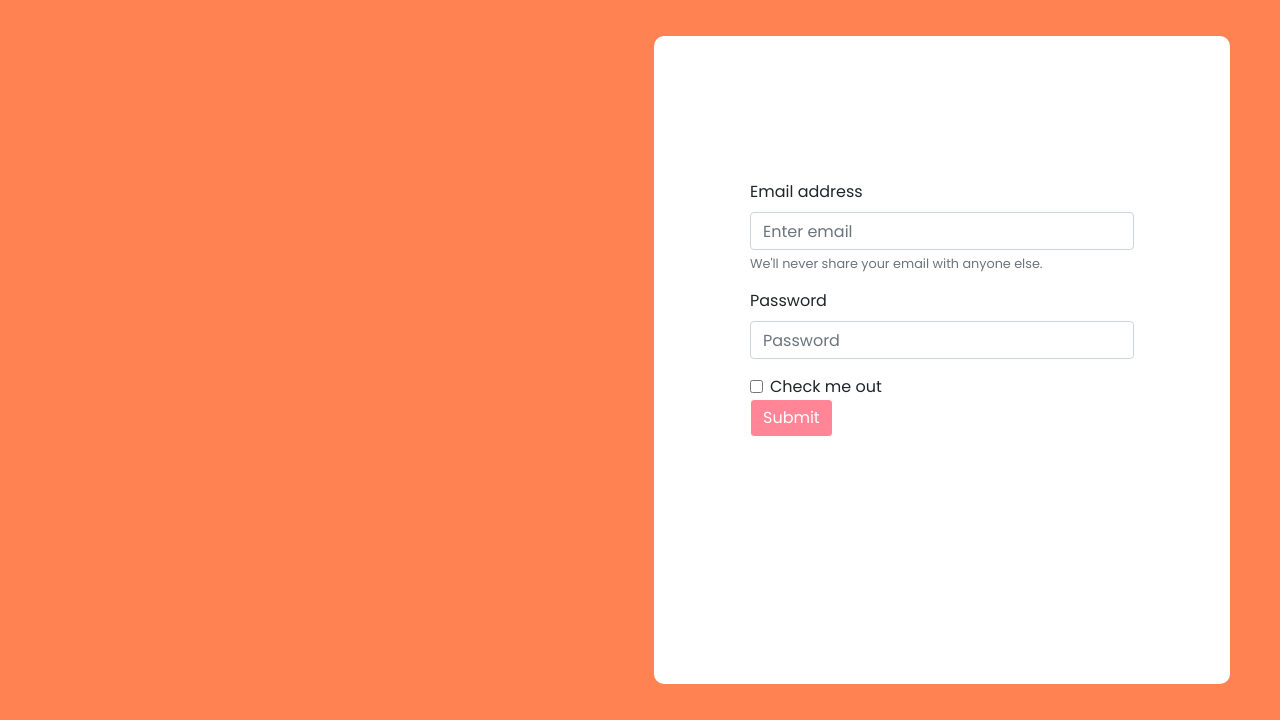
Repository: MilenaMelo/WebSite-PetCheers
Page: /login
An editor plug-in stored every save of this project. The page is shown before and after the next save, followed by the edit.
The browser window is 1280 px wide. The pictures show the whole page.
The project was rebuilt for these pictures with package versions that can differ from the ones it lists, and the page was loaded fresh each time.

Above is the page before, as saved 2020-08-20 15:57:31.

After the next save:
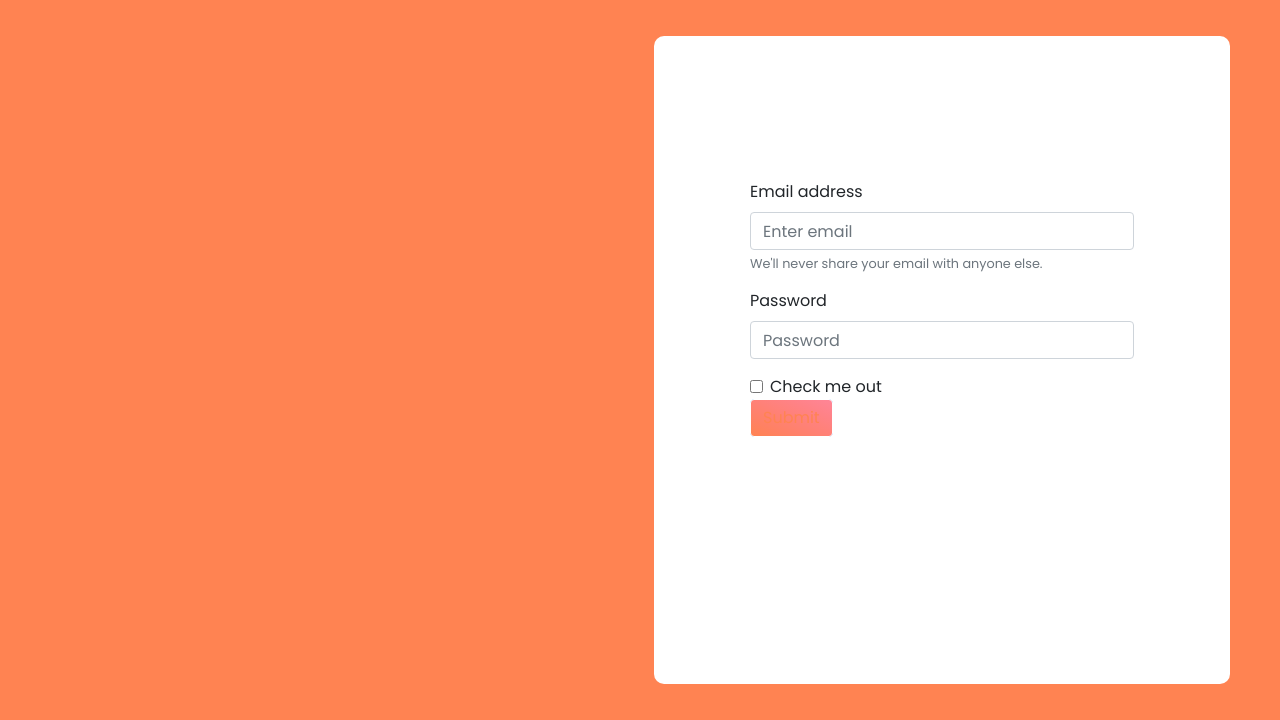
Saved 5 min 6 s later.
--- a/src/pages/login/Login.vue
+++ b/src/pages/login/Login.vue
@@ -60,8 +60,9 @@ export default {}
   height: 90vh;
   border-radius: 10px;
   .btn-primary {
-    background-color: var(--pink);
+    background-image: linear-gradient(to right top, #ff8352, #ff8165, #ff8177, #ff8287, #ff8597);
     border-color: #ffffff;
+    color: var(--orange);
   }
 }
 .form-login {
